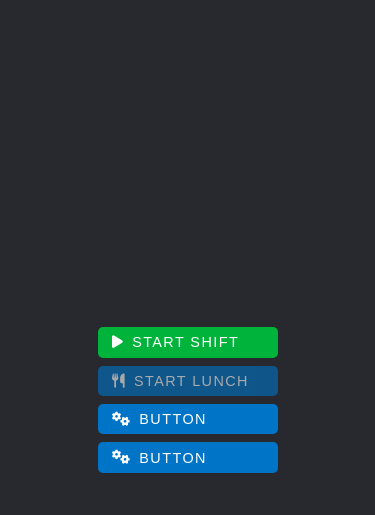
Repository: Philip-Rogers/button-state
Page: index.html
These files come from the project's save history. The page is drawn as it stood at one moment and after a run of saves; the edit follows.
The browser window is 375 px wide. The pictures show the whole page.

Above is the page before, as saved 2024-08-14 21:30:33.

After the next 2 saves:
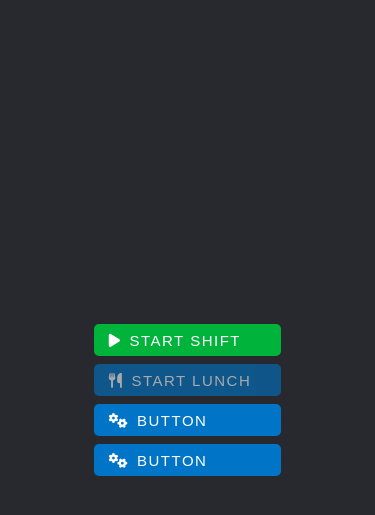
The 2 saves are shown as one change because they came seconds apart.
The last was saved 3 min 1 s later.
--- a/index.css
+++ b/index.css
@@ -16,12 +16,11 @@
 body {
     font-family: "Brandon Grotesque";
     background-color: hsl(225, 9%, 17%);
-    margin: auto;
+    margin: 0;
     display: flex;
     justify-content: center;
     align-items: center;
     height: 100vh;
-    margin: 0;
     overflow: hidden;
     /* Prevent scrolling */
 }
@@ -52,7 +51,7 @@ button {
 .button-container {
     display: flex;
     flex-direction: column;
-    align-items: flex-start;
+    align-items: center;
     gap: 10px;
 }
 
@@ -86,21 +85,21 @@ button {
 /* Media Queries for Responsive Design */
 @media (max-width: 768px) {
     button {
-        font-size: 1.5em;
-        /* 20% larger */
-        width: 360px;
-        /* 20% larger */
-        padding: 1.2em 1.5em;
-        /* 20% larger */
+        font-size: 1.5625em;
+        /* 25% larger */
+        width: 375px;
+        /* 25% larger */
+        padding: 1.25em 1.5625em;
+        /* 25% larger */
     }
 
     .toggle-button {
-        font-size: 19.2px;
-        /* 20% larger */
-        width: 240px;
-        /* 20% larger */
-        padding: 12px 24px;
-        /* 20% larger */
+        font-size: 20px;
+        /* 25% larger */
+        width: 250px;
+        /* 25% larger */
+        padding: 12.5px 25px;
+        /* 25% larger */
     }
 
     .button-container {
@@ -110,21 +109,21 @@ button {
 
 @media (max-width: 480px) {
     button {
-        font-size: 1.05em;
-        /* 20% larger */
-        width: 240px;
-        /* 20% larger */
-        padding: 0.6em 0.9em;
-        /* 20% larger */
+        font-size: 1.25em;
+        /* 25% larger */
+        width: 250px;
+        /* 25% larger */
+        padding: 0.625em 0.9375em;
+        /* 25% larger */
     }
 
     .toggle-button {
-        font-size: 14.4px;
-        /* 20% larger */
-        width: 180px;
-        /* 20% larger */
-        padding: 7.2px 14.4px;
-        /* 20% larger */
+        font-size: 15px;
+        /* 25% larger */
+        width: 187.5px;
+        /* 25% larger */
+        padding: 7.5px 15px;
+        /* 25% larger */
     }
 
     .button-container {
